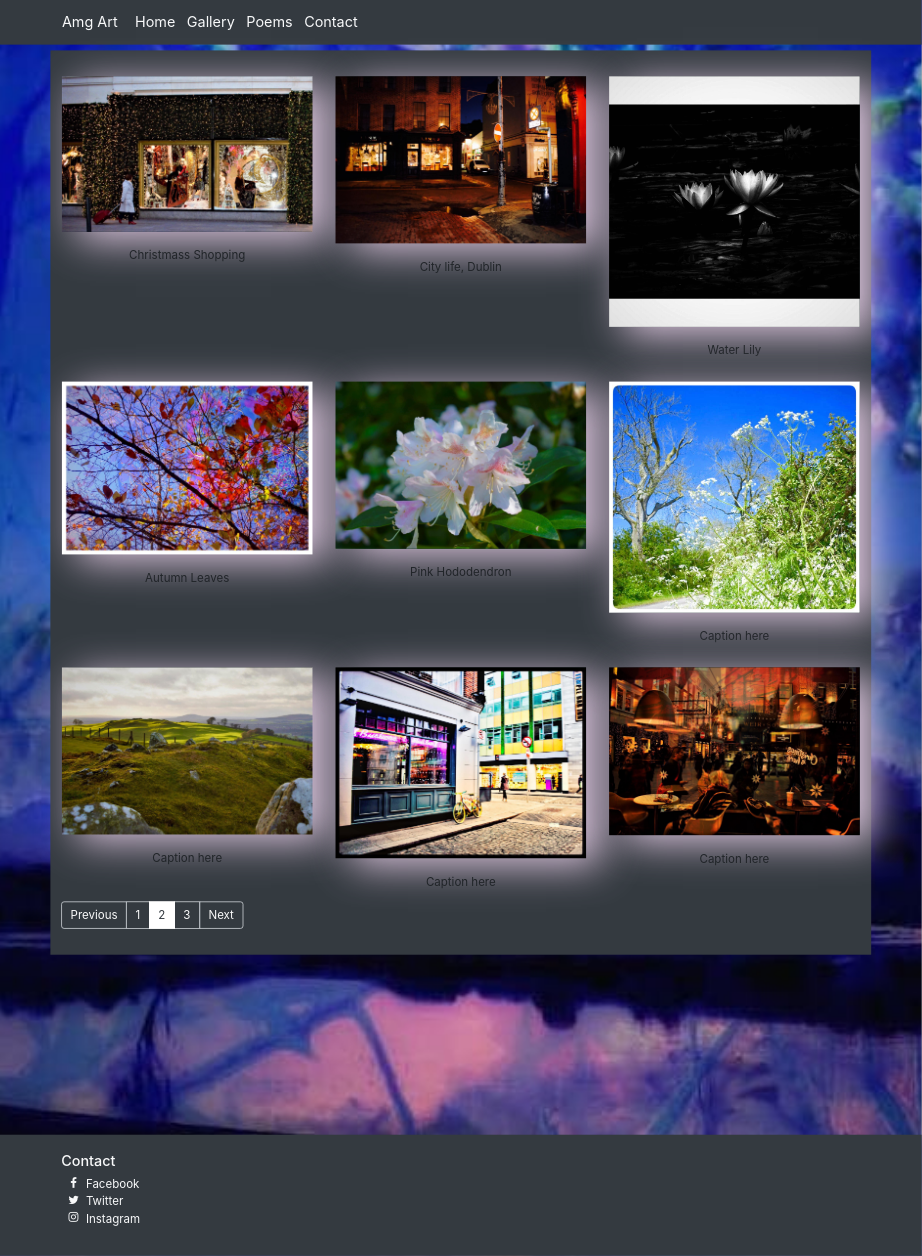
Repository: AllenGleeson/AmgArtGallery
Page: gallery2.html
The author's editor kept a record of every edit. The page is drawn from the files as they stood at one moment, then again after the next edit.
The browser window is 1280 px wide. The pictures show the whole page, at 72% of full size.

Above is the page before.

After the next edit:
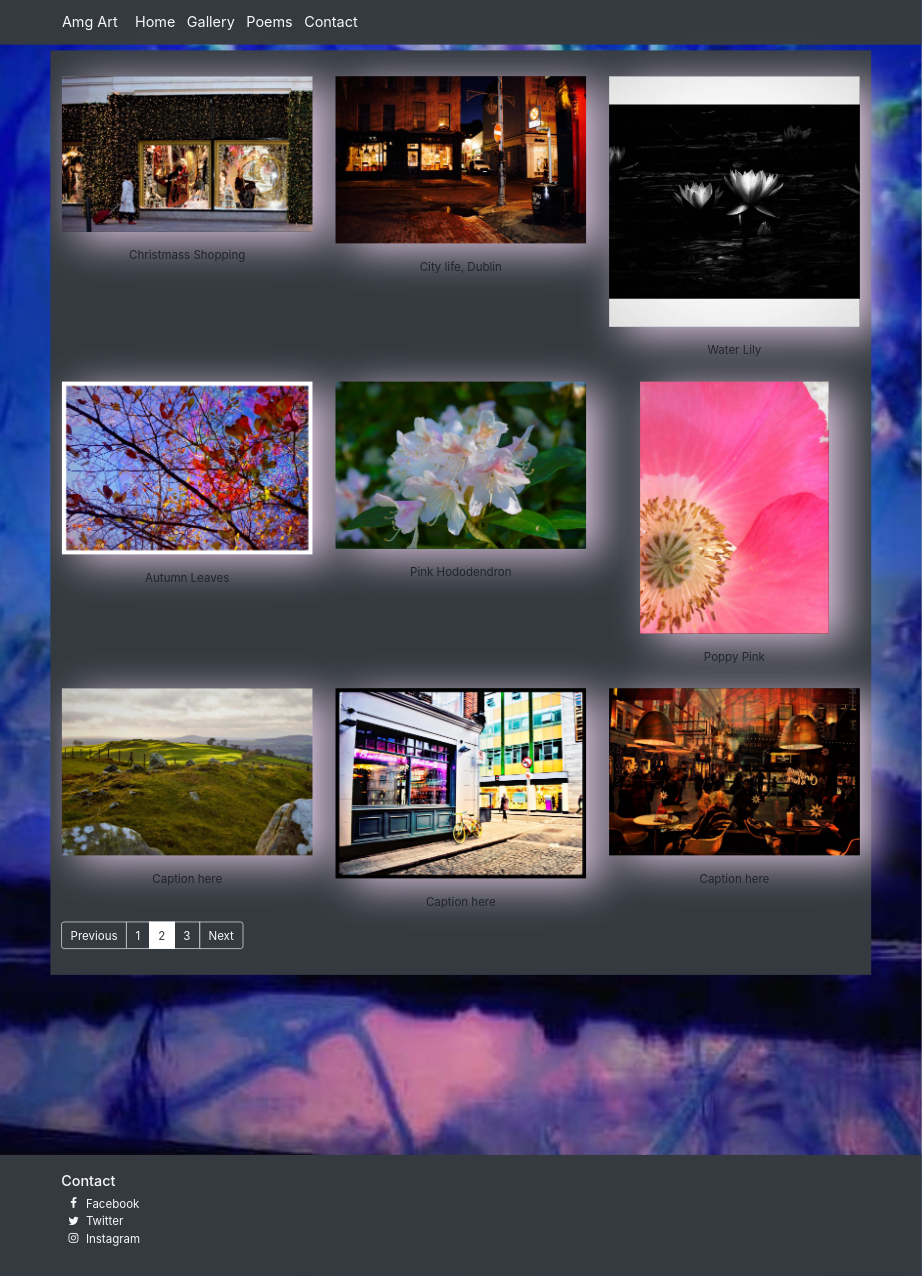
The edit:
--- a/gallery2.html
+++ b/gallery2.html
@@ -52,8 +52,8 @@
                 <div class="text-center">Pink Hododendron</div>
             </div>
             <div class="col-sm-4 p-3 text-center" data-toggle="modal" data-target="#image-06">
-                <img src="assets/images/summercowparsley.jpg" class="galleryImage"></img>
-                <div class="text-center">Caption here</div>
+                <img src="assets/images/poppypink.jpg" class="galleryImage"></img>
+                <div class="text-center">Poppy Pink</div>
             </div>
             <div class="col-sm-4 p-3 text-center" data-toggle="modal" data-target="#image-07">
                 <img src="assets/images/loghcrewmeath.jpg" class="galleryImage"></img>
